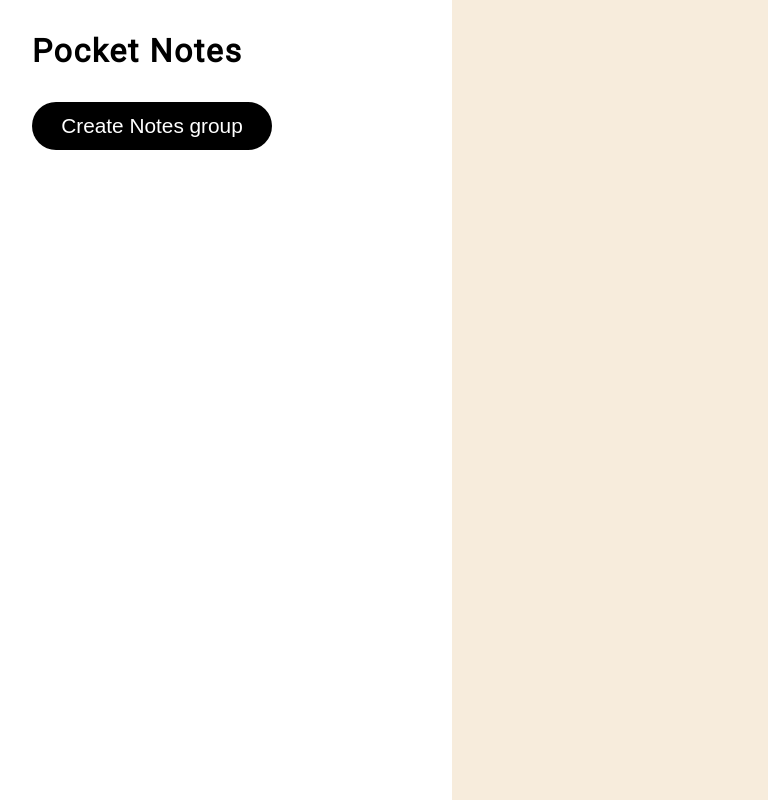
Repository: drumsmanku/react-module-test
Page: /
These files come from the project's save history. The page is drawn as it stood at one moment and after the next save; the edit follows.
The browser window is 768 px wide. The pictures show the whole page.
The project was rebuilt for these pictures with package versions that can differ from the ones it lists, and the page was loaded fresh each time. Also part of the build but not shown: src/Components/NotesComponent.js.

Above is the page before, as saved 2023-06-12 20:21:52.

After the next save:
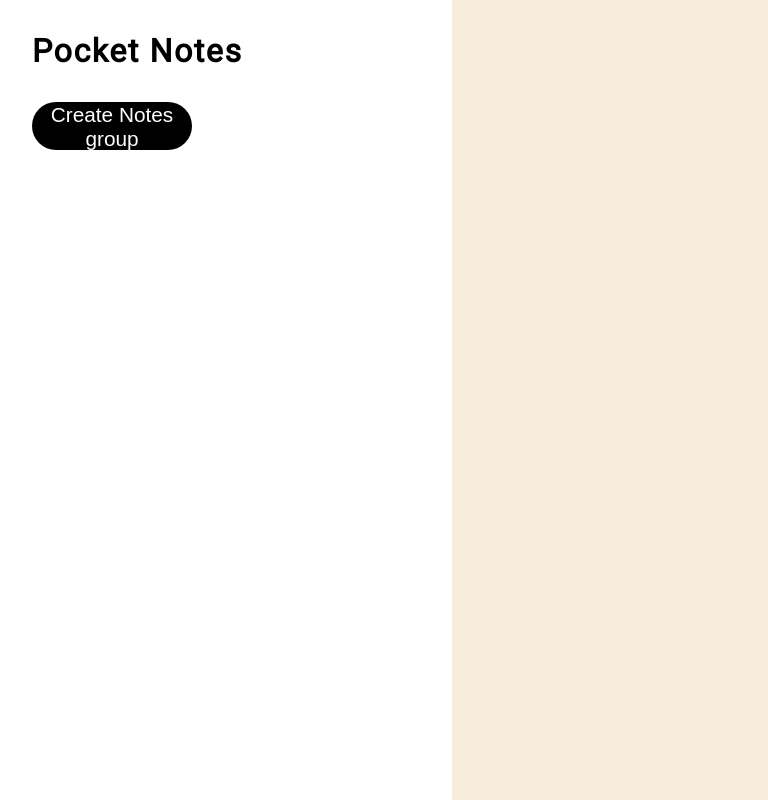
Saved 19 s later.
--- a/src/Components/PopUp.css
+++ b/src/Components/PopUp.css
@@ -18,6 +18,6 @@ body{
 
 @media(max-width: 768px){
   .btn-1{
-    width:15rem;
+    width:10rem;
   }
 }
